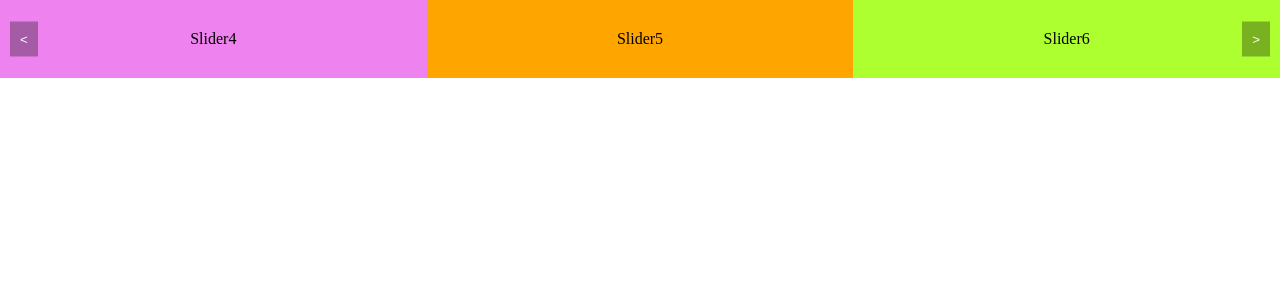
Repository: hoangan3526/Slideslip
Page: slidezy.html
An editor plug-in stored every save of this project. The page is shown before and after the next save, followed by the edit.
The browser window is 1280 px wide. The pictures show the whole page.
After loading, the first visible `button.slidezy-prev` was clicked once.

Above is the page before, as saved 2026-05-15 14:09:12.

### slidezy.html
<!doctype html>
<html lang="en">
  <head>
    <meta charset="UTF-8" />
    <meta name="viewport" content="width=device-width, initial-scale=1.0" />
    <link rel="stylesheet" href="./src/slidezy.css" />
    <title>Slider</title>
    <style>
      * {
        padding: 0;
        margin: 0;
        box-sizing: border-box;
      }

      .slidezy-slide {
        padding: 30px;
        text-align: center;
      }

      .slidezy-slide:nth-child(1) {
        background: violet;
      }

      .slidezy-slide:nth-child(2) {
        background: orange;
      }

      .slidezy-slide:nth-child(3) {
        background: greenyellow;
      }
    </style>
  </head>
  <body>
    <div id="my-slider">
      <div>Slider1</div>
      <div>Slider2</div>
      <div>Slider3</div>
      <div>Slider4</div>
      <div>Slider5</div>
      <div>Slider6</div>
    </div>
    <script src="./src/slidezy.js"></script>
    <script>
      const slide = new Slidezy("#my-slider", {
        items: 3,
        loop: true,
      });
    </script>
  </body>
</html>

### src/slidezy.css
.slidezy-wrapper {
  position: relative;
  width: 100%;
  overflow: hidden;
}

.slidezy-track {
  display: flex;
  transition: transform 0.4s ease-in-out;
}

.slidezy-slide {
  flex: 0 0 auto;
}

.slidezy-prev,
.slidezy-next {
  position: absolute;
  top: 50%;
  transform: translateY(-50%);
  border: none;
  outline: none;
  padding: 10px;
  color: #fff;
  background: rgba(0, 0, 0, 0.3);
}

.slidezy-prev {
  left: 10px;
}

.slidezy-next {
  right: 10px;
}

### src/slidezy.js
function Slidezy(selector, options = {}) {
  this.container = document.querySelector(selector);
  if (!this.container) {
    console.error(`${selector} is not Container`);
    return;
  }
  this.opt = Object.assign({}, options);
  //slidezy-track
  this.slides = Array.from(this.container.children);
  this.opt = Object.assign(
    {
      items: 1,
      loop: false,
    },
    options,
  );
  this.currentIndex = 0;

  this.currentIndex = this.opt.loop ? this.opt.items : 0;

  console.log(this.currentIndex);

  this.init();
}
Slidezy.prototype.init = function () {
  this.container.classList.add("slidezy-wrapper");
  this.createTrack();
  this.createNavigation();
};
Slidezy.prototype.createTrack = function () {
  this.track = document.createElement("div");

  this.track.className = "slidezy-track";

  if (this.opt.loop) {
    this.slideHead = this.slides
      .slice(-this.opt.items)
      .map((node) => node.cloneNode(true));
    this.slideTail = this.slides
      .slice(0, this.opt.items)
      .map((node) => node.cloneNode(true));
    this.slides = this.slideHead.concat(this.slides.concat(this.slideTail));
  }

  this.slides.forEach((track) => {
    track.className = "slidezy-slide";
    track.style.flexBasis = `calc(100% / ${this.opt.items})`;
    this.track.appendChild(track);
  });

  this.container.appendChild(this.track);
};
Slidezy.prototype.createNavigation = function () {
  this.prevbtn = document.createElement("button");
  this.nextbtn = document.createElement("button");

  this.prevbtn.textContent = "<";
  this.nextbtn.textContent = ">";

  this.prevbtn.classList.add("slidezy-prev");
  this.nextbtn.classList.add("slidezy-next");

  this.container.append(this.prevbtn, this.nextbtn);
  this.prevbtn.onclick = () => this.moveSlide(-1);
  this.nextbtn.onclick = () => this.moveSlide(1);
};
Slidezy.prototype.moveSlide = function (step) {
  if (this.opt.loop) {
    this.currentIndex =
      (this.currentIndex + step + this.slides.length) % this.slides.length;
  } else {
    this.currentIndex = Math.min(
      Math.max(this.currentIndex + step, 0),
      this.slides.length - this.opt.items,
    );
  }
};
Slidezy.prototype._updatePosition = function () {
  this.offset = this.currentIndex * -(100 / this.opt.items);

  this.track.style.transform = `translateX(${this.offset}%)`;
};

After the next save:
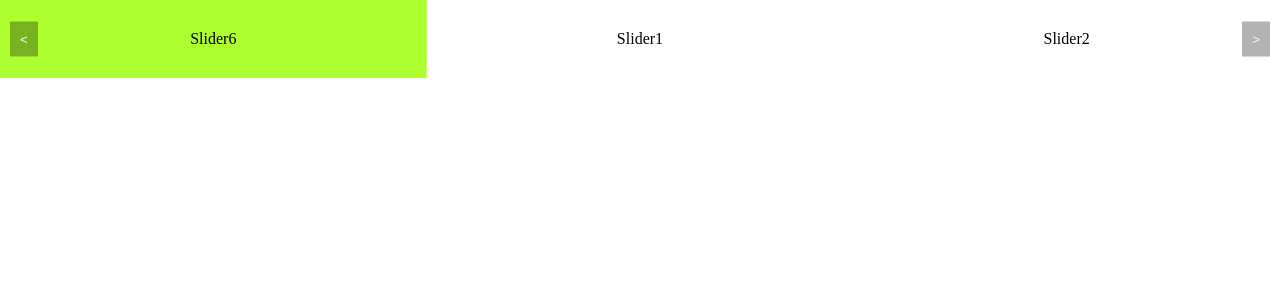
Saved 10 s later.
--- a/src/slidezy.js
+++ b/src/slidezy.js
@@ -74,6 +74,7 @@ Slidezy.prototype.moveSlide = function (step) {
       this.slides.length - this.opt.items,
     );
   }
+  this._updatePosition();
 };
 Slidezy.prototype._updatePosition = function () {
   this.offset = this.currentIndex * -(100 / this.opt.items);
